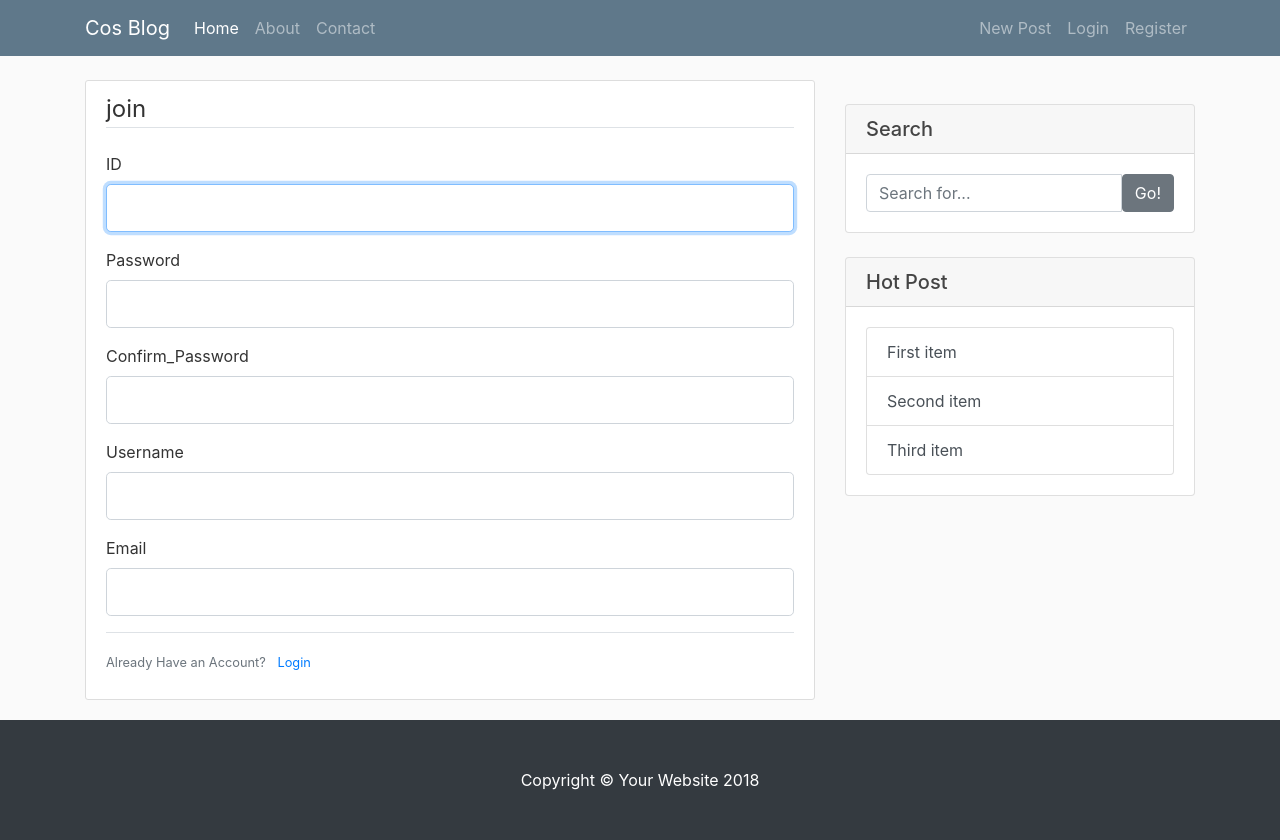
Repository: DogyeKing/blog
Page: http://localhost/blog/member/joinForm.jsp
The author's editor kept a copy of each file at every save. The page is drawn from the files as they stood at one save, then again after the next save.
The browser window is 1280 px wide. The pictures show the whole page.
The page is served by Tomcat 9. Other server files are loaded and not shown.

Above is the page before, as saved 2018-08-02 06:22:08.

### blog/blog/WebContent/member/joinForm.jsp
<%@ page language="java" contentType="text/html; charset=UTF-8"
    pageEncoding="UTF-8"%>

<!DOCTYPE html>
<head>

  <meta charset="utf-8">
  <meta name="viewport" content="width=device-width, initial-scale=1, shrink-to-fit=no">
  <meta name="description" content="">
  <meta name="author" content="">

  <title>Cos Blog</title>

  <!-- Bootstrap core CSS -->
  <link href="<%=request.getContextPath()%>/css/bootstrap.css" rel="stylesheet">
  <!-- Bootstrap core JavaScript -->
  <script src="<%=request.getContextPath()%>/js/jquery.min.js"></script>
  <script src="<%=request.getContextPath()%>/js/bootstrap.bundle.min.js"></script>

  <!-- Custom styles for this template -->
  <link href="<%=request.getContextPath()%>/css/blog-home.css" rel="stylesheet">

</head>

<body>
	<!-- Nav Include -->
	<jsp:include page="/include/navigation.jsp"/>

<!-- Page Content -->
<div class="container">
  <div class="row">
    <!-- Blog Entries Column -->
<div class="col-md-8">
	<div class="content-section">
	<form method="POST" action="#">
		<fieldset class="form-group">
			<legend class="border-bottom mb-4">join</legend>
			<div class="form-group">
  			<label class="form-control-label">ID</label>
		  	<input class="form-control form-control-lg" type="text" name="id" maxlength="20" required autofocus>
			</div>

			<div class="form-group">
				<label class="form-control-label">Password</label>
				<input class="form-control form-control-lg" type="password" name="password" maxlength="20" required>
			</div>

			<div class="form-group">
				<label class="form-control-label">Confirm_Password</label>
				<input class="form-control form-control-lg" type="password" name="confirm" maxlength="20" required>
			</div>

			<div class="form-group">
				<label class="form-control-label">Username</label>
				<input class="form-control form-control-lg" type="text" name="username" maxlength="20" required>
			</div>

			<div class="form-group">
				<label class="form-control-label">Email</label>
				<input class="form-control form-control-lg" type="email" name="email" maxlength="20" required>
			</div>
			<div class="border-top pt-3">
				<small class="text-muted">
					Already Have an Account? <a class="ml-2" href="<%=request.getContextPath()%>/member/loginForm.jsp">Login</a>
				</small>
			</div>

		</fieldset>
	</form>
	</div>
</div>

<!--  SideBar Include -->
	<jsp:include page="../include/sidebar.jsp"/>

<!-- Sidebar Widgets Column -->


</div>
<!-- /.row -->

</div>
<!-- /.container -->

<!-- Footer -->
<footer class="py-5 bg-dark">
  <div class="container">
    <p class="m-0 text-center text-white">Copyright &copy; Your Website 2018</p>
  </div>
  <!-- /.container -->
</footer>

</body>

</html>

### blog/blog/WebContent/include/navigation.jsp
<%@ page language="java" contentType="text/html; charset=UTF-8"
    pageEncoding="UTF-8"%>
<!DOCTYPE html>
  <!-- Navigation -->
 <nav class="navbar navbar-expand-lg navbar-dark bg-steel fixed-top">
   <div class="container">
     <a class="navbar-brand" href="<%=request.getContextPath()%>/main.jsp">Cos Blog</a>
     <button class="navbar-toggler" type="button" data-toggle="collapse" data-target="#navbarResponsive" aria-controls="navbarResponsive" aria-expanded="false" aria-label="Toggle navigation">
       <span class="navbar-toggler-icon"></span>
     </button>
     <div class="collapse navbar-collapse" id="navbarResponsive">
       <div class="navbar-nav">
           <a class="nav-item active nav-link mr-auto" href="#">Home
             <span class="sr-only">(current)</span>
           </a>
           <a class="nav-item nav-link" href="#">About</a>
              <a class="nav-item nav-link" href="#">Contact</a>
       </div>
       <div class="navbar-nav ml-auto">
           <a class="nav-item nav-link" href="#">New Post</a>
           <a class="nav-item nav-link" href="<%=request.getContextPath()%>/member/loginForm.jsp">Login</a>
           <a class="nav-item nav-link" href="<%=request.getContextPath()%>/member/joinForm.jsp">Register</a>
       </div>
     </div>
   </div>
</nav>

### blog/blog/WebContent/include/sidebar.jsp
<%@ page language="java" contentType="text/html; charset=UTF-8"
    pageEncoding="UTF-8"%>
<div class="col-md-4">
  <!-- Search Widget -->
<div class="card my-4">
 <h5 class="card-header">Search</h5>
 <div class="card-body">
   <div class="input-group">
     <input type="text" class="form-control" placeholder="Search for...">
     <span class="input-group-btn">
       <button class="btn btn-secondary" type="button">Go!</button>
     </span>
   </div>
 </div>
</div>

<!-- Categories Widget -->
  <div class="card my-4">
    <h5 class="card-header">Hot Post</h5>
    <div class="card-body">
      <div class="list-group">
        <a href="#" class="list-group-item list-group-item-action">First item</a>
        <a href="#" class="list-group-item list-group-item-action">Second item</a>
        <a href="#" class="list-group-item list-group-item-action">Third item</a>
      </div>
    </div>
  </div>
</div>

### blog/blog/WebContent/css/blog-home.css
body {
	background: #fafafa;
	color: #333333;
	margin-top: 5rem;
}

h1,h2,h3,h4,h5,h6 {
	color: #444444;
}

.bg-steel {
	background-color: #5f788a;
}

.site-header .navbar-nav .nav-link {
	color: #cbd5db;
}

.site-header .navbar-nav .nav-link:hover {
	color: #ffffff;
}

.content-section {
	background: #ffffff;
	padding: 10px 20px;
	border: 1px solid #dddddd;
	border-radius: 3px;
	margin-bottom: 20px;
}

.article-title {
	color: #444444;
}

a.article-title:hover {
	color: #428bca;
	text-decoration: none;
}

.article-content {
	white-space: pre-line;
}

.article-img {
	height: 65px
	width: 65px;
	margin-right: 16px;
}

.article-metadata {
	padding-bottom: 1px;
	margin-bottom: 4px
	border-bottom: 1px solid #e3e3e3;
}

.article-metadata a:hover {
	color: #333;
	text-decoration: none;
}

.article-svg {
	width: 25px;
	height: 25px;
	vertical-align: middle;
}

.account-img {
	height: 125px;
	width: 125px;
	margin-right: 20px;
	margin-bottom: 16px;
}

.account-heading {
	font-size: 2.5rem;
}

Loaded but not shown: blog/blog/WebContent/css/bootstrap.css (library); blog/blog/WebContent/js/jquery.min.js (library); blog/blog/WebContent/js/bootstrap.bundle.min.js (library)

After the next save:
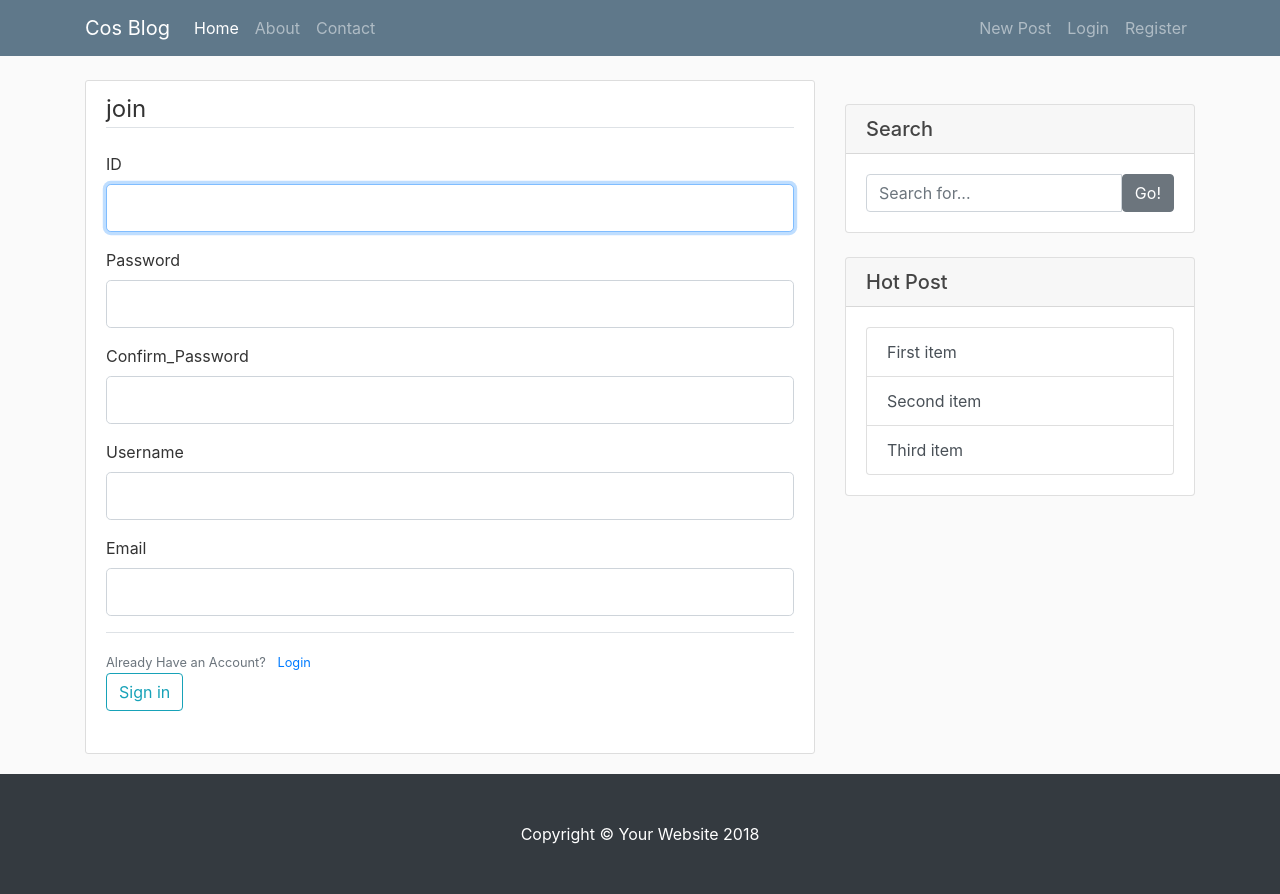
Saved 86 s later.
--- a/blog/blog/WebContent/member/joinForm.jsp
+++ b/blog/blog/WebContent/member/joinForm.jsp
@@ -64,6 +64,9 @@
 					Already Have an Account? <a class="ml-2" href="<%=request.getContextPath()%>/member/loginForm.jsp">Login</a>
 				</small>
 			</div>
+			<div class="form-group">
+				<button class="btn btn-outline-info" type="submit">Sign in</button>
+			</div>
 
 		</fieldset>
 	</form>
